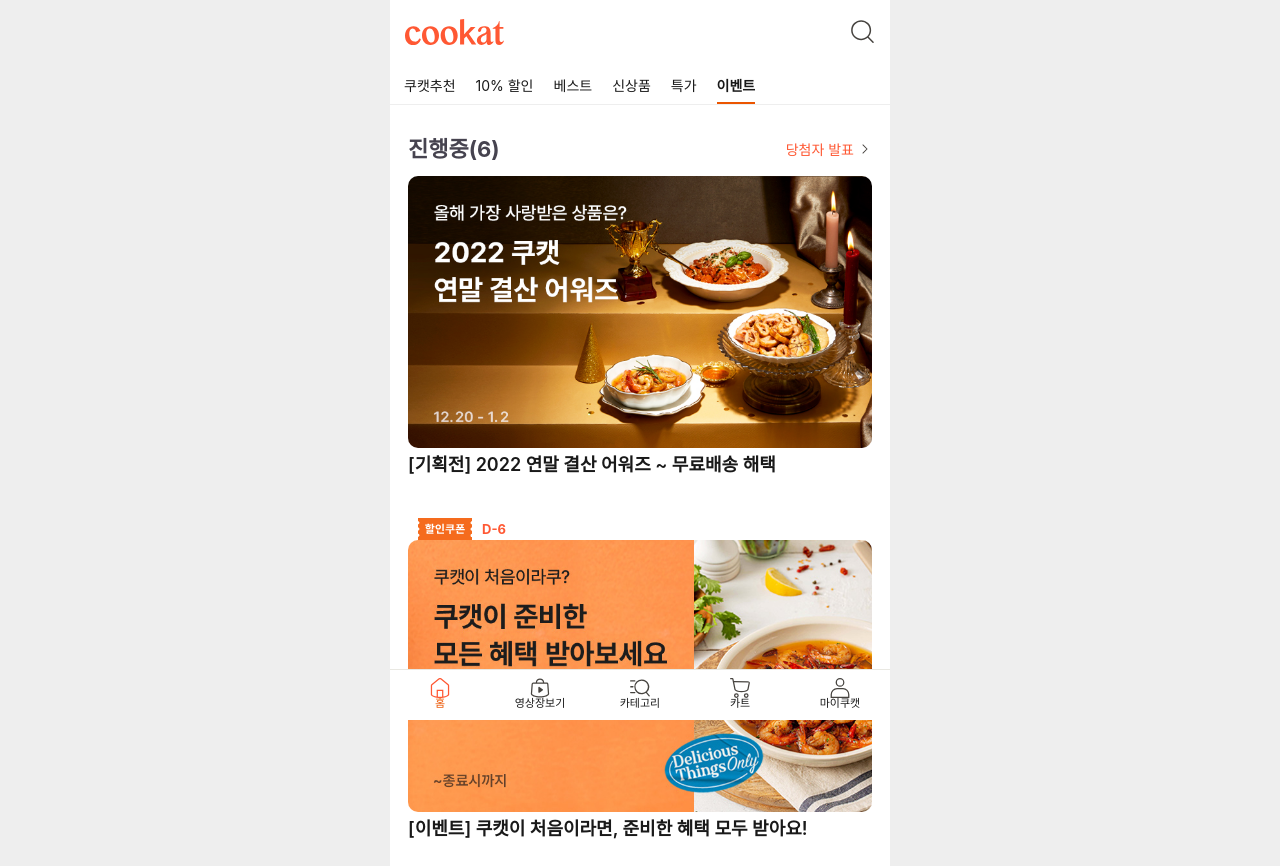
Repository: CooKat/Cookat
Page: event.html
These files come from the project's save history. The page is drawn as it stood at one moment and after the next save; the edit follows.
The browser window is 1280 px wide. The pictures show the part of the page from y = 0 to 866 px (the page is 1731 px tall before and 1655 px after).
Pictures or frames that could not be fetched are drawn as grey boxes. A picture or video elsewhere on the page could not be fetched, so the positions and the page height are approximate. Some web fonts or font styles are not loaded; a fallback is used.

Above is the page before, as saved 2022-12-27 21:06:05.
Not found: js/ex1.js

After the next save:
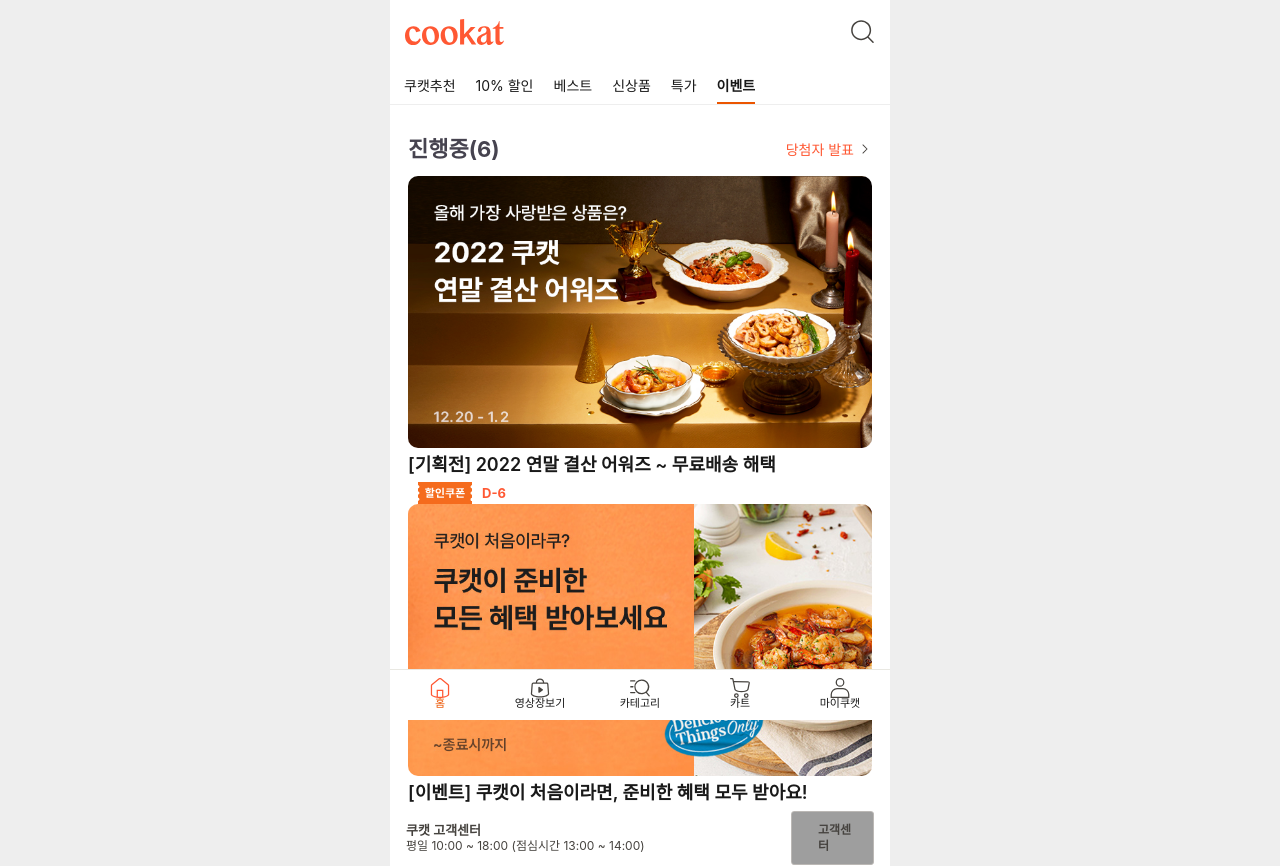
Saved 11 s later.
--- a/css/event.css
+++ b/css/event.css
@@ -49,11 +49,6 @@
   font-size: var(--text-lg);
   line-height: var(--text-xxl);
   font-weight: 600;
-  margin-bottom: var(--spacing-xxxl);
-}
-
-.item-list-title :first-child{
-  margin-bottom: 0;
 }
 
 .coupon-day{

After the save that followed:
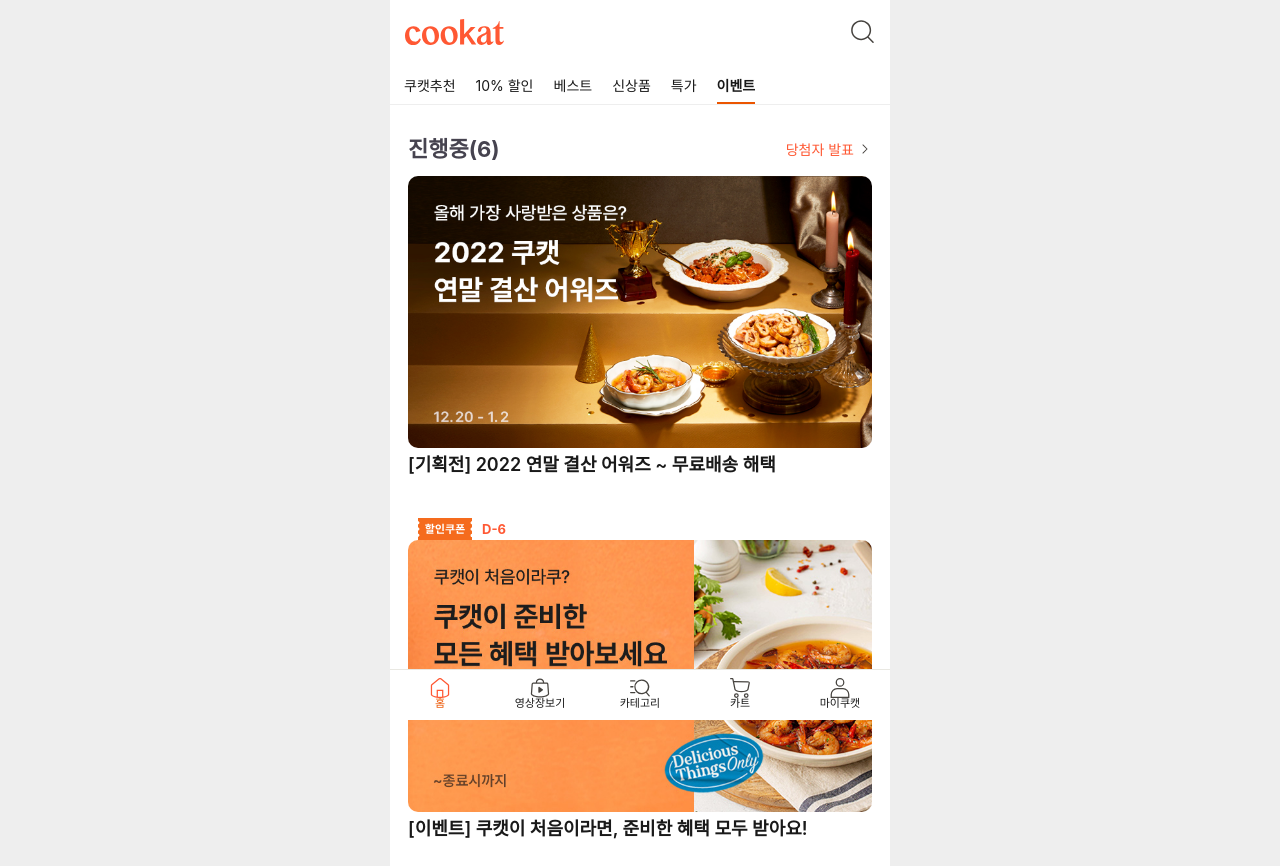
Saved 22 s later.
--- a/css/event.css
+++ b/css/event.css
@@ -49,6 +49,11 @@
   font-size: var(--text-lg);
   line-height: var(--text-xxl);
   font-weight: 600;
+  margin-bottom: var(--spacing-xxxl);
+}
+
+.item-list-title :first-child{
+  margin-bottom: 0;
 }
 
 .coupon-day{
